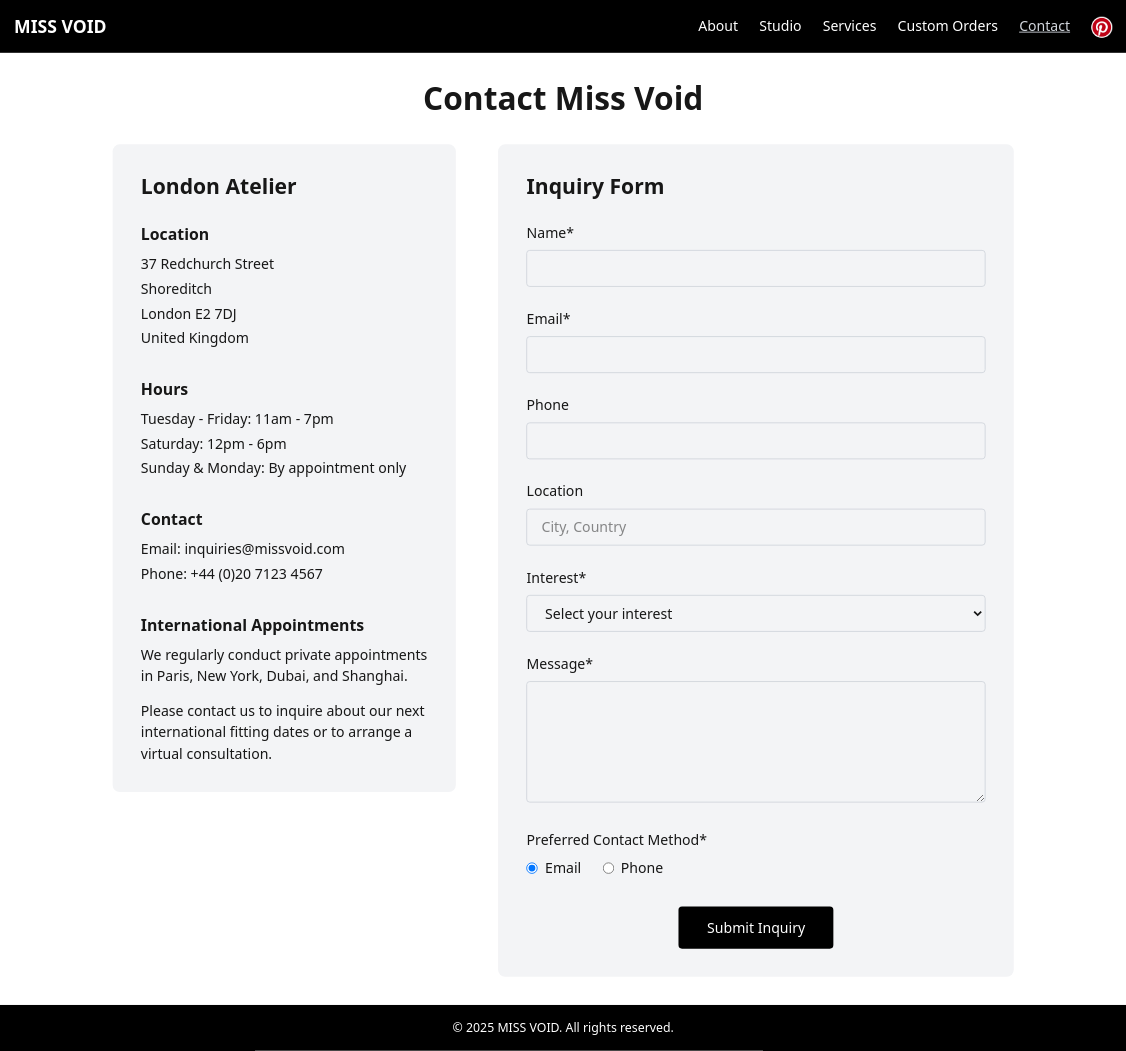
Repository: b0ase/missvoid2
Page: /contact
The author's editor kept a copy of each file at every save. The page is drawn from the files as they stood at one save, then again after the next save.
The browser window is 1280 px wide. The pictures show the whole page, at 88% of full size.
The project was rebuilt for these pictures with package versions that can differ from the ones it lists, and the page was loaded fresh each time. The framework's server and built-in components were replaced by stand-ins that run in the browser. Also part of the build but not shown: next.config.js.

Above is the page before, as saved 2025-05-07 19:42:21.

After the next save:
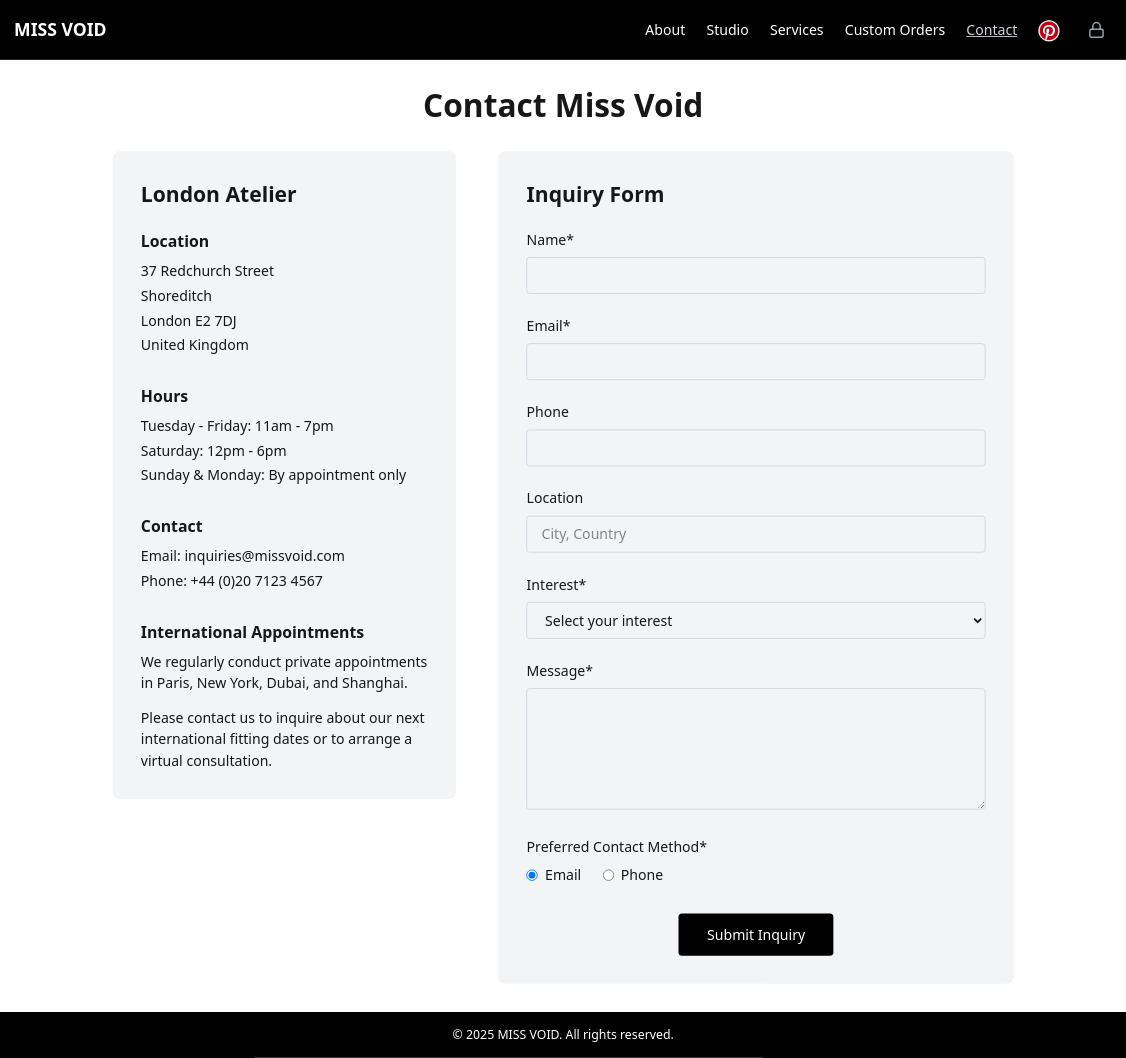
Saved 25 s later.
--- a/src/app/components/Navigation.tsx
+++ b/src/app/components/Navigation.tsx
@@ -4,6 +4,7 @@
 import { usePathname } from 'next/navigation';
 import { useState } from 'react';
 import Image from 'next/image';
+import DevModeToggle from './DevModeToggle';
 
 export default function Navigation() {
   const pathname = usePathname();
@@ -19,7 +20,7 @@
         <Link href="/" className="text-xl font-bold">MISS VOID</Link>
 
         {/* Desktop Navigation */}
-        <div className="hidden md:flex space-x-6">
+        <div className="hidden md:flex items-center space-x-6">
           <Link
             href="/about"
             className={`hover:text-gray-300 transition ${pathname === '/about' ? 'text-gray-300 underline' : ''}`}
@@ -64,20 +65,24 @@
               className="inline-block"
             />
           </Link>
+          <DevModeToggle />
         </div>
 
-        {/* Mobile Menu Button */}
-        <button className="md:hidden" onClick={toggleMobileMenu}>
-          {mobileMenuOpen ? (
-            <svg xmlns="http://www.w3.org/2000/svg" fill="none" viewBox="0 0 24 24" stroke="currentColor" className="w-6 h-6">
-              <path strokeLinecap="round" strokeLinejoin="round" strokeWidth={2} d="M6 18L18 6M6 6l12 12" />
-            </svg>
-          ) : (
-            <svg xmlns="http://www.w3.org/2000/svg" fill="none" viewBox="0 0 24 24" stroke="currentColor" className="w-6 h-6">
-              <path strokeLinecap="round" strokeLinejoin="round" strokeWidth={2} d="M4 6h16M4 12h16M4 18h16" />
-            </svg>
-          )}
-        </button>
+        {/* Mobile Menu Button and Dev Mode Toggle */}
+        <div className="md:hidden flex items-center space-x-4">
+          <DevModeToggle />
+          <button onClick={toggleMobileMenu}>
+            {mobileMenuOpen ? (
+              <svg xmlns="http://www.w3.org/2000/svg" fill="none" viewBox="0 0 24 24" stroke="currentColor" className="w-6 h-6">
+                <path strokeLinecap="round" strokeLinejoin="round" strokeWidth={2} d="M6 18L18 6M6 6l12 12" />
+              </svg>
+            ) : (
+              <svg xmlns="http://www.w3.org/2000/svg" fill="none" viewBox="0 0 24 24" stroke="currentColor" className="w-6 h-6">
+                <path strokeLinecap="round" strokeLinejoin="round" strokeWidth={2} d="M4 6h16M4 12h16M4 18h16" />
+              </svg>
+            )}
+          </button>
+        </div>
       </div>
 
       {/* Mobile Navigation */}
